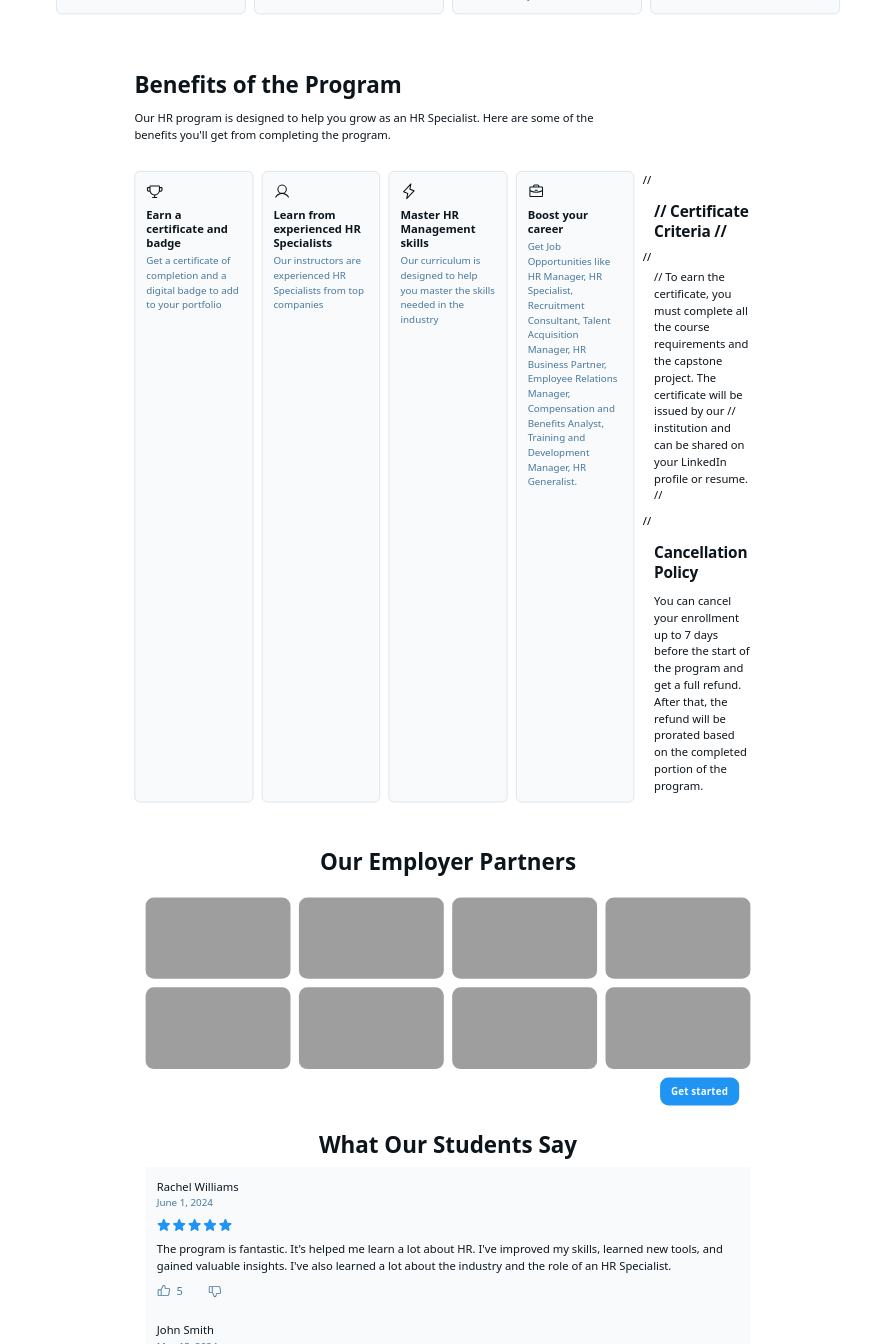
Repository: DhOMNE/HR
Page: /
These files come from the project's save history. The page is drawn as it stood at one moment and after a run of saves; the edit follows.
The browser window is 1280 px wide. The pictures show the part of the page from y = 1036 to 2956 px (the page is 4640 px tall before and 4544 px after), at 70% of full size.
Pictures or frames that could not be fetched are drawn as grey boxes. The project was rebuilt for these pictures with package versions that can differ from the ones it lists, and the page was loaded fresh each time.

Above is the page before, as saved 2024-08-26 11:09:39.

### src/Componenets/Benefitdesigner.jsx
import React from "react";

function Benefitdesigner() {
  return (
    // <div class="flex flex-col gap-10 lg:px-48 py-10 sm: px-10 py-10 ">
    //   <div class="flex flex-col gap-4 ">
    //     <h1 class="text-[#0d151c] tracking-light text-[32px] font-bold leading-tight @[480px]:text-4xl @[480px]:font-black @[480px]:leading-tight @[480px]:tracking-[-0.033em] max-w-[720px]">
    //       Benefits of the Program
    //     </h1>
    //     <p class="text-[#0d151c] text-base font-normal leading-normal max-w-[720px]">
    //       {" "}
    //       Our program is designed to help you grow as a designer. Here are some
    //       of the benefits you'll get from completing the program.
    //     </p>

    //     {/* box */}
    //   </div>

    //   <div class="grid grid-cols-[repeat(auto-fit,minmax(158px,1fr))] gap-3 p-0">
    //     <div class="flex flex-1 gap-3 rounded-lg border border-[#cedde8] bg-slate-50 p-4 flex-col">
    //       <div
    //         class="text-[#0d151c] "
    //         data-icon="Trophy"
    //         data-size="24px"
    //         data-weight="regular"
    //       >
    //         <svg
    //           xmlns="http://www.w3.org/2000/svg"
    //           width="24px"
    //           height="24px"
    //           fill="currentColor"
    //           viewBox="0 0 256 256"
    //         >
    //           <path d="M232,64H208V56a16,16,0,0,0-16-16H64A16,16,0,0,0,48,56v8H24A16,16,0,0,0,8,80V96a40,40,0,0,0,40,40h3.65A80.13,80.13,0,0,0,120,191.61V216H96a8,8,0,0,0,0,16h64a8,8,0,0,0,0-16H136V191.58c31.94-3.23,58.44-25.64,68.08-55.58H208a40,40,0,0,0,40-40V80A16,16,0,0,0,232,64ZM48,120A24,24,0,0,1,24,96V80H48v32q0,4,.39,8Zm144-8.9c0,35.52-28.49,64.64-63.51,64.9H128a64,64,0,0,1-64-64V56H192ZM232,96a24,24,0,0,1-24,24h-.5a81.81,81.81,0,0,0,.5-8.9V80h24Z"></path>
    //         </svg>
    //       </div>
    //       <div class="flex flex-col gap-1">
    //         <h2 class="text-[#0d151c] text-base font-bold leading-tight">
    //           Earn a certificate and badge
    //         </h2>
    //         <p class="text-[#49779c] text-sm font-normal leading-normal">
    //           Get a certificate of completion and a digital badge to add to your
    //           portfolio
    //         </p>
    //       </div>
    //     </div>

    //     <div class="flex flex-1 gap-3 rounded-lg border border-[#cedde8] bg-slate-50 p-4 flex-col">
    //       <div
    //         class="text-[#0d151c] "
    //         data-icon="Trophy"
    //         data-size="24px"
    //         data-weight="regular"
    //       >
    //         <svg
    //           xmlns="http://www.w3.org/2000/svg"
    //           width="24px"
    //           height="24px"
    //           fill="currentColor"
    //           viewBox="0 0 256 256"
    //         >
    //           <path d="M230.92,212c-15.23-26.33-38.7-45.21-66.09-54.16a72,72,0,1,0-73.66,0C63.78,166.78,40.31,185.66,25.08,212a8,8,0,1,0,13.85,8c18.84-32.56,52.14-52,89.07-52s70.23,19.44,89.07,52a8,8,0,1,0,13.85-8ZM72,96a56,56,0,1,1,56,56A56.06,56.06,0,0,1,72,96Z"></path>
    //         </svg>
    //       </div>
    //       <div class="flex flex-col gap-1">
    //         <h2 class="text-[#0d151c] text-base font-bold leading-tight">
    //           Learn from experienced designers
    //         </h2>
    //         <p class="text-[#49779c] text-sm font-normal leading-normal">
    //           Our instructors are experienced designers from top companies.
    //         </p>
    //       </div>
    //     </div>

    //     <div class="flex flex-1 gap-3 rounded-lg border border-[#cedde8] bg-slate-50 p-4 flex-col">
    //       <div
    //         class="text-[#0d151c] "
    //         data-icon="Trophy"
    //         data-size="24px"
    //         data-weight="regular"
    //       >
    //         <svg
    //           xmlns="http://www.w3.org/2000/svg"
    //           width="24px"
    //           height="24px"
    //           fill="currentColor"
    //           viewBox="0 0 256 256"
    //         >
    //           <path d="M215.79,118.17a8,8,0,0,0-5-5.66L153.18,90.9l14.66-73.33a8,8,0,0,0-13.69-7l-112,120a8,8,0,0,0,3,13l57.63,21.61L88.16,238.43a8,8,0,0,0,13.69,7l112-120A8,8,0,0,0,215.79,118.17ZM109.37,214l10.47-52.38a8,8,0,0,0-5-9.06L62,132.71l84.62-90.66L136.16,94.43a8,8,0,0,0,5,9.06l52.8,19.8Z"></path>
    //         </svg>
    //       </div>
    //       <div class="flex flex-col gap-1">
    //         <h2 class="text-[#0d151c] text-base font-bold leading-tight">
    //           Master UI/UX skills
    //         </h2>
    //         <p class="text-[#49779c] text-sm font-normal leading-normal">
    //           Our curriculum is designed to help you master the skills needed in
    //           the industry
    //         </p>
    //       </div>
    //     </div>

    //     <div class="flex flex-1 gap-3 rounded-lg border border-[#cedde8] bg-slate-50 p-4 flex-col">
    //       <div
    //         class="text-[#0d151c] "
    //         data-icon="Trophy"
    //         data-size="24px"
    //         data-weight="regular"
    //       >
    //         <svg
    //           xmlns="http://www.w3.org/2000/svg"
    //           width="24px"
    //           height="24px"
    //           fill="currentColor"
    //           viewBox="0 0 256 256"
    //         >
    //           <path d="M216,56H176V48a24,24,0,0,0-24-24H104A24,24,0,0,0,80,48v8H40A16,16,0,0,0,24,72V200a16,16,0,0,0,16,16H216a16,16,0,0,0,16-16V72A16,16,0,0,0,216,56ZM96,48a8,8,0,0,1,8-8h48a8,8,0,0,1,8,8v8H96ZM216,72v41.61A184,184,0,0,1,128,136a184.07,184.07,0,0,1-88-22.38V72Zm0,128H40V131.64A200.19,200.19,0,0,0,128,152a200.25,200.25,0,0,0,88-20.37V200ZM104,112a8,8,0,0,1,8-8h32a8,8,0,0,1,0,16H112A8,8,0,0,1,104,112Z"></path>
    //         </svg>
    //       </div>
    //       <div class="flex flex-col gap-1">
    //         <h2 class="text-[#0d151c] text-base font-bold leading-tight">
    //           Boost your career
    //         </h2>
    //         <p class="text-[#49779c] text-sm font-normal leading-normal">
    //           Get Job Opportunities like UI/UX Designer, User Experience
    //           Researcher, User Interface Designer, Interaction Designer, Product
    //           Designer, UX Analyst, UX/UI Developer, Visual Designer, UX
    //           Strategist, Design Consultant.
    //         </p>
    //       </div>
    //     </div>
    //   </div>
    //   <div className="gap-0">
    //     <h2 class="text-[#0d151c] text-[22px] font-bold leading-tight tracking-[-0.015em] px-4 pb-3 pt-5">
    //       Certificate Criteria
    //     </h2>
    //     <p class="text-[#0d151c] text-base font-normal leading-normal pb-3 pt-1 px-4">
    //       To earn the certificate, you must complete all the course requirements
    //       and the capstone project. The certificate will be issued by our
    //       institution and can be shared on your LinkedIn profile or resume.
    //     </p>
    //     <h2 class="text-[#0d151c] text-[22px] font-bold leading-tight tracking-[-0.015em] px-4 pb-3 pt-5">
    //       Cancellation Policy
    //     </h2>
    //     <p class="text-[#0d151c] text-base font-normal leading-normal pb-3 pt-1 px-4">
    //       You can cancel your enrollment up to 7 days before the start of the
    //       program and get a full refund. After that, the refund will be prorated
    //       based on the completed portion of the program.
    //     </p>
    //   </div>
    // </div>
    <div className="flex flex-col gap-10 px-4 py-10 @container flex flex-col gap-10 lg:px-48 py-10 sm: px-10 py-10">
              <div className="flex flex-col gap-4">
                <h1
                  className="text-[#0d151c] tracking-light text-[32px] font-bold leading-tight @[480px]:text-4xl @[480px]:font-black @[480px]:leading-tight @[480px]:tracking-[-0.033em] max-w-[720px]"
                >
                  Benefits of the Program
                </h1>
                <p className="text-[#0d151c] text-base font-normal leading-normal max-w-[720px]">
                  Our HR program is designed to help you grow as an HR Specialist. Here are some of the benefits you'll get from completing the program.
                </p>
              </div>
              <div className="grid grid-cols-[repeat(auto-fit,minmax(158px,1fr))] gap-3 p-0">
                <div className="flex flex-1 gap-3 rounded-lg border border-[#cedde8] bg-slate-50 p-4 flex-col cursor-pointer  hover:shadow-lg hover:shadow-gray-600">
                  <div className="text-[#0d151c]" data-icon="Trophy" data-size="24px" data-weight="regular">
                    <svg xmlns="http://www.w3.org/2000/svg" width="24px" height="24px" fill="currentColor" viewBox="0 0 256 256">
                      <path
                        d="M232,64H208V56a16,16,0,0,0-16-16H64A16,16,0,0,0,48,56v8H24A16,16,0,0,0,8,80V96a40,40,0,0,0,40,40h3.65A80.13,80.13,0,0,0,120,191.61V216H96a8,8,0,0,0,0,16h64a8,8,0,0,0,0-16H136V191.58c31.94-3.23,58.44-25.64,68.08-55.58H208a40,40,0,0,0,40-40V80A16,16,0,0,0,232,64ZM48,120A24,24,0,0,1,24,96V80H48v32q0,4,.39,8Zm144-8.9c0,35.52-28.49,64.64-63.51,64.9H128a64,64,0,0,1-64-64V56H192ZM232,96a24,24,0,0,1-24,24h-.5a81.81,81.81,0,0,0,.5-8.9V80h24Z"
                      ></path>
                    </svg>
                  </div>
                  <div className="flex flex-col gap-1">
                    <h2 className="text-[#0d151c] text-base font-bold leading-tight">Earn a certificate and badge</h2>
                    <p className="text-[#49779c] text-sm font-normal leading-normal">Get a certificate of completion and a digital badge to add to your portfolio</p>
                  </div>
                </div>
                <div className="flex flex-1 gap-3 rounded-lg border border-[#cedde8] bg-slate-50 p-4 flex-col cursor-pointer hover:shadow-lg hover:shadow-gray-600">
                  <div className="text-[#0d151c]" data-icon="User" data-size="24px" data-weight="regular">
                    <svg xmlns="http://www.w3.org/2000/svg" width="24px" height="24px" fill="currentColor" viewBox="0 0 256 256">
                      <path
                        d="M230.92,212c-15.23-26.33-38.7-45.21-66.09-54.16a72,72,0,1,0-73.66,0C63.78,166.78,40.31,185.66,25.08,212a8,8,0,1,0,13.85,8c18.84-32.56,52.14-52,89.07-52s70.23,19.44,89.07,52a8,8,0,1,0,13.85-8ZM72,96a56,56,0,1,1,56,56A56.06,56.06,0,0,1,72,96Z"
                      ></path>
                    </svg>
                  </div>
                  <div className="flex flex-col gap-1">
                    <h2 className="text-[#0d151c] text-base font-bold leading-tight">Learn from experienced HR Specialists</h2>
                    <p className="text-[#49779c] text-sm font-normal leading-normal">Our instructors are experienced HR Specialists from top companies</p>
                  </div>
                </div>
                <div className="flex flex-1 gap-3 rounded-lg border border-[#cedde8] bg-slate-50 p-4 flex-col cursor-pointer hover:shadow-lg hover:shadow-gray-600">
                  <div className="text-[#0d151c]" data-icon="Lightning" data-size="24px" data-weight="regular">
                    <svg xmlns="http://www.w3.org/2000/svg" width="24px" height="24px" fill="currentColor" viewBox="0 0 256 256">
                      <path
                        d="M215.79,118.17a8,8,0,0,0-5-5.66L153.18,90.9l14.66-73.33a8,8,0,0,0-13.69-7l-112,120a8,8,0,0,0,3,13l57.63,21.61L88.16,238.43a8,8,0,0,0,13.69,7l112-120A8,8,0,0,0,215.79,118.17ZM109.37,214l10.47-52.38a8,8,0,0,0-5-9.06L62,132.71l84.62-90.66L136.16,94.43a8,8,0,0,0,5,9.06l52.8,19.8Z"
                      ></path>
                    </svg>
                  </div>
                  <div className="flex flex-col gap-1">
                    <h2 className="text-[#0d151c] text-base font-bold leading-tight">Master HR Management skills</h2>
                    <p className="text-[#49779c] text-sm font-normal leading-normal">Our curriculum is designed to help you master the skills needed in the industry</p>
                  </div>
                </div>
                <div className="flex flex-1 gap-3 rounded-lg border border-[#cedde8] bg-slate-50 p-4 flex-col cursor-pointer hover:shadow-lg hover:shadow-gray-600">
                  <div className="text-[#0d151c]" data-icon="Briefcase" data-size="24px" data-weight="regular">
                    <svg xmlns="http://www.w3.org/2000/svg" width="24px" height="24px" fill="currentColor" viewBox="0 0 256 256">
                      <path
                        d="M216,56H176V48a24,24,0,0,0-24-24H104A24,24,0,0,0,80,48v8H40A16,16,0,0,0,24,72V200a16,16,0,0,0,16,16H216a16,16,0,0,0,16-16V72A16,16,0,0,0,216,56ZM96,48a8,8,0,0,1,8-8h48a8,8,0,0,1,8,8v8H96ZM216,72v41.61A184,184,0,0,1,128,136a184.07,184.07,0,0,1-88-22.38V72Zm0,128H40V131.64A200.19,200.19,0,0,0,128,152a200.25,200.25,0,0,0,88-20.37V200ZM104,112a8,8,0,0,1,8-8h32a8,8,0,0,1,0,16H112A8,8,0,0,1,104,112Z"
                      ></path>
                    </svg>
                  </div>
                  <div className="flex flex-col gap-1">
                    <h2 className="text-[#0d151c] text-base font-bold leading-tight">Boost your career</h2>
                    <p className="text-[#49779c] text-sm font-normal leading-normal">Get Job Opportunities like HR Manager, HR Specialist, Recruitment Consultant, Talent Acquisition Manager, HR Business Partner, Employee Relations Manager, Compensation and Benefits Analyst, Training and Development Manager, HR Generalist.</p>
                  </div>

                </div>
                <div className="gap-0">
    //     <h2 class="text-[#0d151c] text-[22px] font-bold leading-tight tracking-[-0.015em] px-4 pb-3 pt-5">
    //       Certificate Criteria
    //     </h2>
    //     <p class="text-[#0d151c] text-base font-normal leading-normal pb-3 pt-1 px-4">
    //       To earn the certificate, you must complete all the course requirements
          and the capstone project. The certificate will be issued by our
    //       institution and can be shared on your LinkedIn profile or resume.
    //     </p>
    //     <h2 class="text-[#0d151c] text-[22px] font-bold leading-tight tracking-[-0.015em] px-4 pb-3 pt-5">
          Cancellation Policy
         </h2>
         <p class="text-[#0d151c] text-base font-normal leading-normal pb-3 pt-1 px-4">
           You can cancel your enrollment up to 7 days before the start of the
          program and get a full refund. After that, the refund will be prorated
           based on the completed portion of the program.
         </p>
      </div>
              </div>
            </div>

  );
}

export default Benefitdesigner;

### src/Componenets/Footer/Footer.jsx
import React from "react";
import "./Footer.css";

const Footer = () => {
  return (
    <>
      <footer className="footer">
        <div className="newsletter">
          <h2>
            {" "}
            <img src="Images/logo.png" alt="logo" /> Hubnex Educate
          </h2>
          <div className="flex-container1">
            <p className="title1">
              Signup for our{" "}
              <span style={{ fontWeight: "bold" }}>Newsletter</span>
            </p>
            <input
              className="input1"
              type="search"
              placeholder="Enter your email"
            />
            <img className="imag2" src="Images/righticon.png" alt="icon" />
          </div>
        </div>
        <hr />
        <div className="footer-info">
          <div className="company-info">
            <h3>COMPANY</h3>
            <ul>
              <li>
                <a href="#about">About Us</a>
              </li>
              <li>
                <a href="#privacy">Privacy policy</a>
              </li>
              <li>
                <a href="#blog">Blog</a>
              </li>
              <li>
                <a href="#careers">Careers</a>
              </li>
            </ul>
          </div>
          <div className="support">
            <h3>Support</h3>
            <ul>
              <li>
                <a href="#contact">Contact Us</a>
              </li>
              <li>
                <a href="#community">Community</a>
              </li>
            </ul>
          </div>
          <div className="socials">
            <h3>Socials</h3>
            <li>
              <a
                href="https://www.facebook.com"
                target="_blank"
                rel="noopener noreferrer"
              >
                <img src="./facebook.png" alt="facebook" target="blank" />
              </a>
            </li>
            <li>
              <a
                href="https://www.linkedin.com"
                target="_blank"
                rel="noopener noreferrer"
              >
                <img src="./linkdin.png" alt="linkdin" />
              </a>
            </li>
            <li>
              <a
                href="https://x.com/i/flow/login"
                target="_blank"
                rel="noopener noreferrer"
              >
                <img src="./twitter.png" alt="twitter" />
              </a>
            </li>
          </div>
          <div className="fotter-img">
            <img src="./fotter-img.png" alt="fotter-img" />
          </div>
        </div>
      </footer>
      <div className="footer-bottom">
        <img className="imag5" src="Images/copyright.png" alt="copyright" />
        <p className="pt1">2024 Hubnex educate. All rights reserved.</p>

      </div>
    </>
  );
};

export default Footer;

Loaded but not shown: src/index.js (common file); src/index.css (common file); src/reportWebVitals.js (common file); tailwind.config.js (common file); src/App.js (20 lines, source omitted); src/Componenets/Hero.jsx (195 lines, source omitted); src/Componenets/FAQ.jsx (192 lines, source omitted); src/Componenets/EmployerPartners.jsx (121 lines, source omitted); src/Componenets/Footer/Footer.css (406 lines, source omitted)

After the next 8 saves:
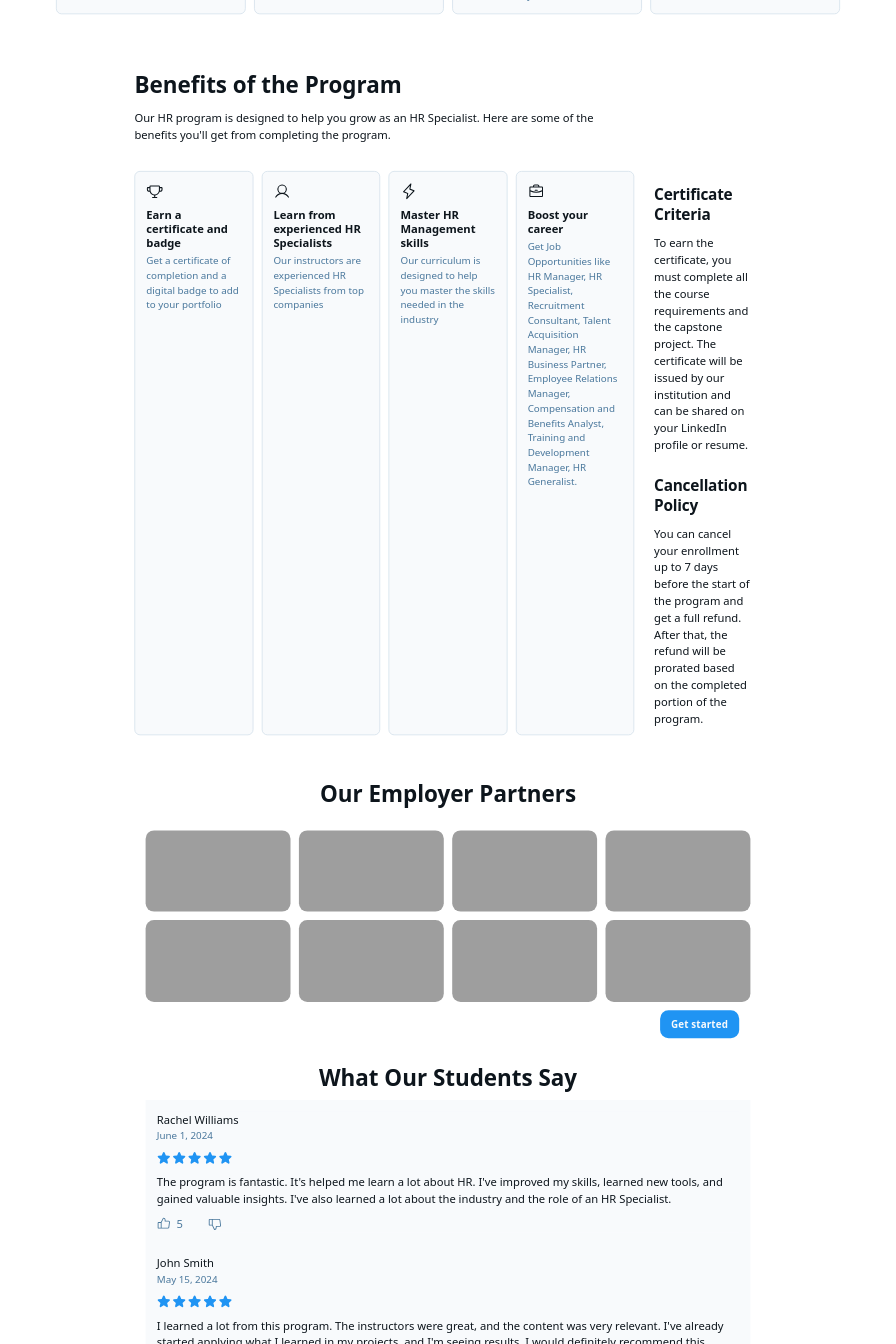
The 8 saves are shown as one change because they came seconds apart.
The last was saved 22 s later.
--- a/src/Componenets/Benefitdesigner.jsx
+++ b/src/Componenets/Benefitdesigner.jsx
@@ -215,15 +215,15 @@ function Benefitdesigner() {
 
                 </div>
                 <div className="gap-0">
-    //     <h2 class="text-[#0d151c] text-[22px] font-bold leading-tight tracking-[-0.015em] px-4 pb-3 pt-5">
-    //       Certificate Criteria
-    //     </h2>
-    //     <p class="text-[#0d151c] text-base font-normal leading-normal pb-3 pt-1 px-4">
-    //       To earn the certificate, you must complete all the course requirements
+         <h2 class="text-[#0d151c] text-[22px] font-bold leading-tight tracking-[-0.015em] px-4 pb-3 pt-5">
+           Certificate Criteria
+         </h2>
+         <p class="text-[#0d151c] text-base font-normal leading-normal pb-3 pt-1 px-4">
+           To earn the certificate, you must complete all the course requirements
           and the capstone project. The certificate will be issued by our
-    //       institution and can be shared on your LinkedIn profile or resume.
-    //     </p>
-    //     <h2 class="text-[#0d151c] text-[22px] font-bold leading-tight tracking-[-0.015em] px-4 pb-3 pt-5">
+           institution and can be shared on your LinkedIn profile or resume.
+         </p>
+         <h2 class="text-[#0d151c] text-[22px] font-bold leading-tight tracking-[-0.015em] px-4 pb-3 pt-5">
           Cancellation Policy
          </h2>
          <p class="text-[#0d151c] text-base font-normal leading-normal pb-3 pt-1 px-4">
